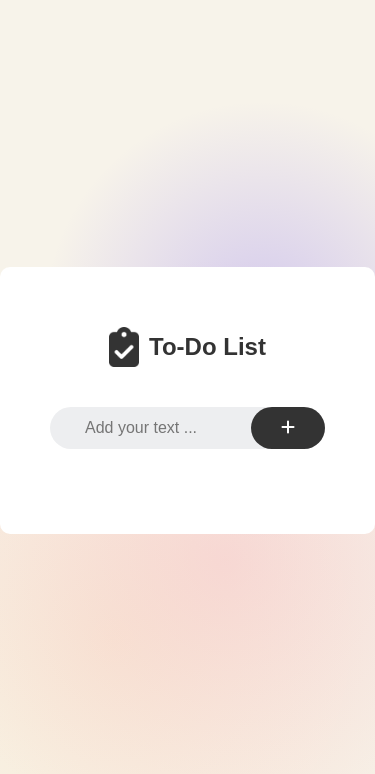
Repository: maltika/To-do_list
Page: index.html
An editor plug-in stored every save of this project. The page is shown before and after the next save, followed by the edit.
The browser window is 375 px wide. The pictures show the whole page.

Above is the page before, as saved 2025-05-20 15:09:48.

### index.html
<!DOCTYPE html>
<html lang="en">
  <head>
    <meta charset="UTF-8" />
    <meta name="viewport" content="width=device-width, initial-scale=1.0" />
    <title>To-do List</title>
    <link rel="stylesheet" href="style.css" />
    <link
      rel="stylesheet"
      href="https://cdnjs.cloudflare.com/ajax/libs/font-awesome/6.5.0/css/all.min.css"
    />
  </head>
  <body>
    <div class="content">
      <div class="todo-app">
        <h2>
          <img src="img/Clipboard.png" />
          To-Do List
        </h2>
        <div class="row">
          <input type="text" id="input-box" placeholder="Add your text ..." />
          <button onclick="addTask()"><i class="fa-solid fa-plus"></i></button>
        </div>
        <ul id="list-container">
            <!-- <li class="checked"> Task 1 </li>
            <li> Task 2 </li>
            <li> Task 3 </li> -->
        </ul>
      </div>
    </div>
    <script src="script.js"></script>
  </body>
</html>

### style.css
body {
    margin: 0;
    padding: 0;
    min-height: 100vh;
    background-color: #f7f3ea;
    /* พื้นหลังหลัก */

    background-image:
        radial-gradient(circle at 70% 40%, rgba(128, 104, 243, 0.3), transparent 40%),
        radial-gradient(circle at 60% 70%, rgba(244, 148, 177, 0.25), transparent 50%),
        radial-gradient(circle at 30% 80%, rgba(255, 204, 140, 0.2), transparent 50%);

    background-repeat: no-repeat;
    background-size: cover;
    font-family: sans-serif;
}

.content {
    display: flex;
    justify-content: center;
    align-items: center;
    height: 100vh;
    /* text-align: center; */
    color: #333;
}

* {
    margin: 0;
    padding: 0;
    font-family: 'Poppins', sans-serif;
    box-sizing: border-box;
}

.todo-app {
    width: 100%;
    max-width: 460px;
    background-color: #fff;
    margin: 100px auto;
    padding: 40px 30px 70px;
    border-radius: 10px;
    border-color: #A6A6A6;
}

.todo-app h2 {
    color: #333;
    display: flex;
    align-items: center;
    margin-top: 30px;
    margin-bottom: 40px;
    justify-content: center;
}

.todo-app h2 img {
    width: 30px;
    margin-right: 10px;
}

.row {
    display: flex;
    align-items: center;
    background: #edeef0;
    border-radius: 30px;
    padding-left: 25px;
    margin-bottom: 25px;
    margin-left: 30px;
    margin-right: 30px;
    gap: 10px;
}

input {
    flex: 1;
    border: none;
    outline: none;
    background: transparent;
    padding: 10px;
    font-size: 16px;
    min-width: 0;
}

button {
    border: none;
    outline: none;
    background: #333;
    color: #fff;
    padding: 12px 30px;
    font-size: 16px;
    cursor: pointer;
    border-radius: 40px;
    white-space: nowrap; /* ป้องกันปุ่มหดเมื่อแคบ */
}

ul li {
    list-style: none;
    font-size: 17px;
    padding: 12px 8px 12px 55px;
    margin-left: 30px;
    margin-right: 30px;
    user-select: none;
    cursor: pointer;
    position: relative;
}

ul li::before {
    content: '';
    position: absolute;
    height: 22px;
    width: 22px;
    border-radius: 50%;
    background-image: url(img/unchecked.png);
    background-size: cover;
    background-position: center;
    top: 11px;
    left: 10px;
}

ul li::after {
    content: '';
    position: absolute;
    left: 8px;
    bottom: -2px;
    width: 100%;
    max-width: 330px;
    height: 1px;

    /* ความหนาของเส้น */
    background-color: #A6A6A6;
    /* สีของเส้น */
    margin-top: 110px;
}

ul li.checked {
    color: #A6A6A6;
    font-style: italic;
    text-decoration: line-through;
}

ul li.checked::before {
    background-image: url(img/checked.png);

}

ul li span {
    position: absolute;
    right: 0;
    top: 5px;
    width: 40px;
    height: 40px;
    font-size: 22px;
    color: #A6A6A6;
    line-height: 40px;
    text-align: center;
    border-radius: 50px;
}

ul li span:hover{
    background-color: #dcdbdb;
}

@media (max-width: 500px) {
    .todo-app {
        padding: 30px 20px 60px; /* เพิ่ม padding ซ้าย-ขวา */
        margin: 50px 15px;       /* เพิ่ม margin ซ้าย-ขวา */
    }
}

### script.js
const inputBox = document.getElementById("input-box")
const listContainer = document.getElementById("list-container")

function addTask() {
    if (inputBox.value === '') {
        alert("You must write something!");
    }
    else {
        let li = document.createElement("li");
        li.innerHTML = inputBox.value;
        listContainer.appendChild(li);
        let span = document.createElement("span");
        span.innerHTML = "\u00d7";
        li.appendChild(span)
    }
    inputBox.value = "";
    saveData();
}

listContainer.addEventListener("click", function (e) {
    if(e.target.tagName === "LI") {
        e.target.classList.toggle("checked");
        saveData();
    }
    else if(e.target.tagName === "SPAN") {
        e.target.parentElement.remove();
        saveData();
    }
}, false);

function saveData(){
    localStorage.setItem("data" , listContainer.innerHTML);
}

function showTask(){
    listContainer.innerHTML = localStorage.getItem("data");
}
showTask();

After the next save:
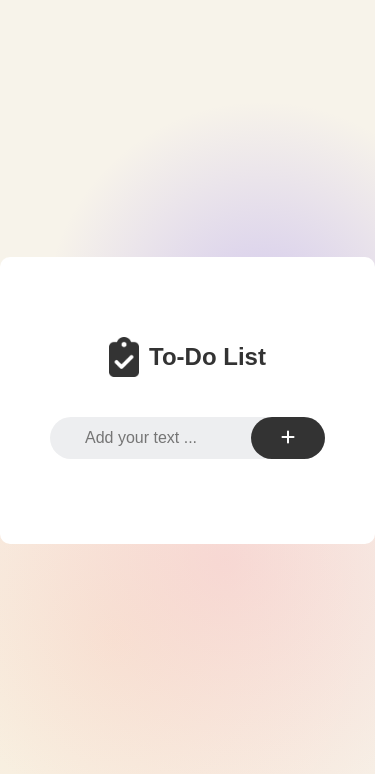
Saved 10 s later.
--- a/style.css
+++ b/style.css
@@ -158,7 +158,7 @@
 
 @media (max-width: 500px) {
     .todo-app {
-        padding: 30px 20px 60px; /* เพิ่ม padding ซ้าย-ขวา */
+        padding: 50px 20px 60px; /* เพิ่ม padding ซ้าย-ขวา */
         margin: 50px 15px;       /* เพิ่ม margin ซ้าย-ขวา */
     }
 }

After the save that followed:
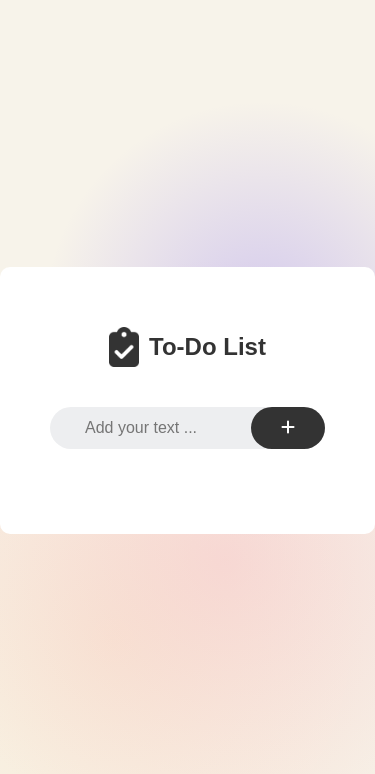
Saved 4 s later.
--- a/style.css
+++ b/style.css
@@ -158,7 +158,7 @@
 
 @media (max-width: 500px) {
     .todo-app {
-        padding: 50px 20px 60px; /* เพิ่ม padding ซ้าย-ขวา */
+        padding: 30px 20px 60px; /* เพิ่ม padding ซ้าย-ขวา */
         margin: 50px 15px;       /* เพิ่ม margin ซ้าย-ขวา */
     }
 }
